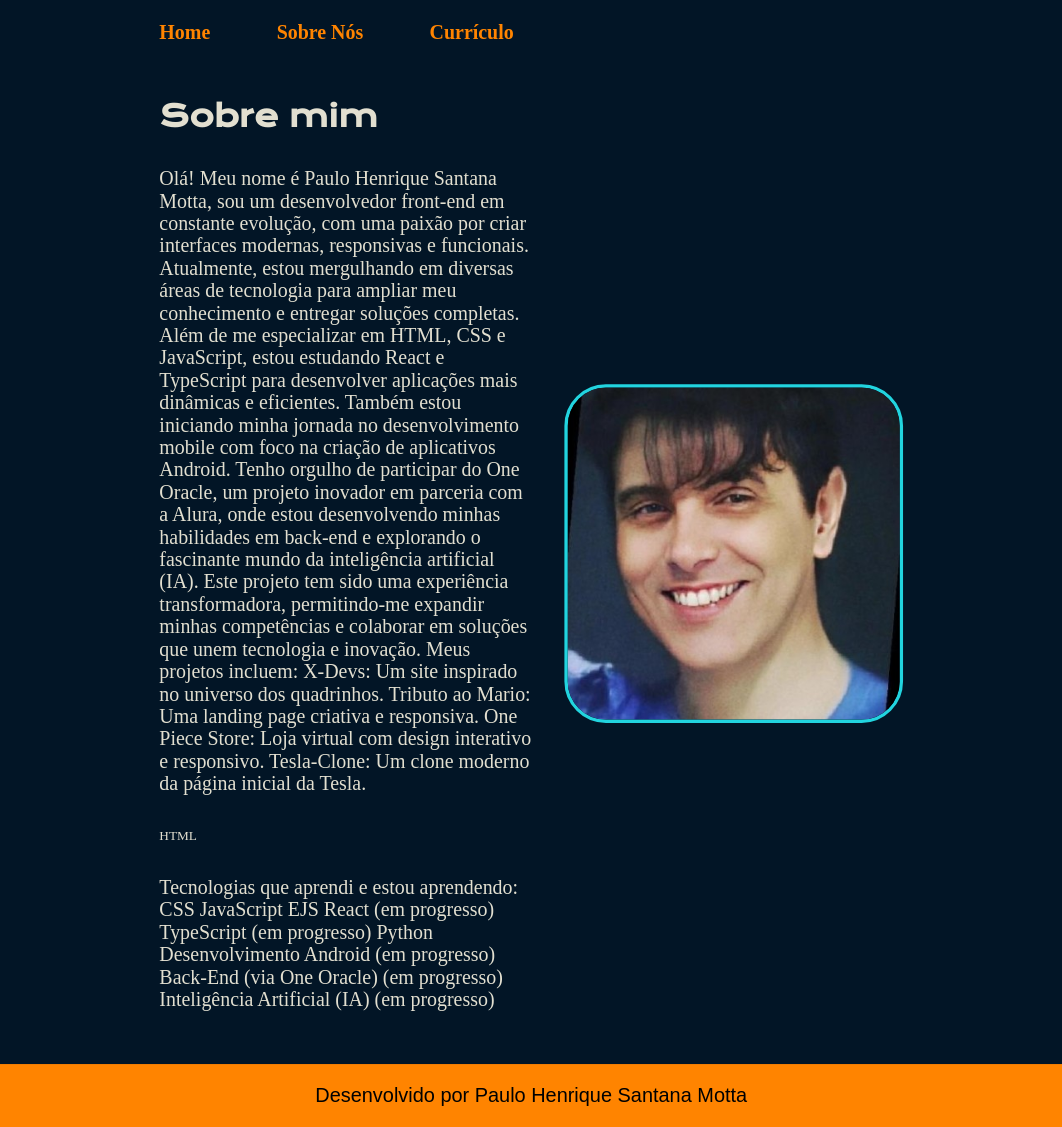
Repository: phsmottanerd/projeto-portfolio-alura
Page: about.html
An editor plug-in stored every save of this project. The page is shown before and after the next save, followed by the edit.
The browser window is 1280 px wide. The pictures show the whole page, at 83% of full size.

Above is the page before, as saved 2025-01-30 01:20:28.

After the next save:
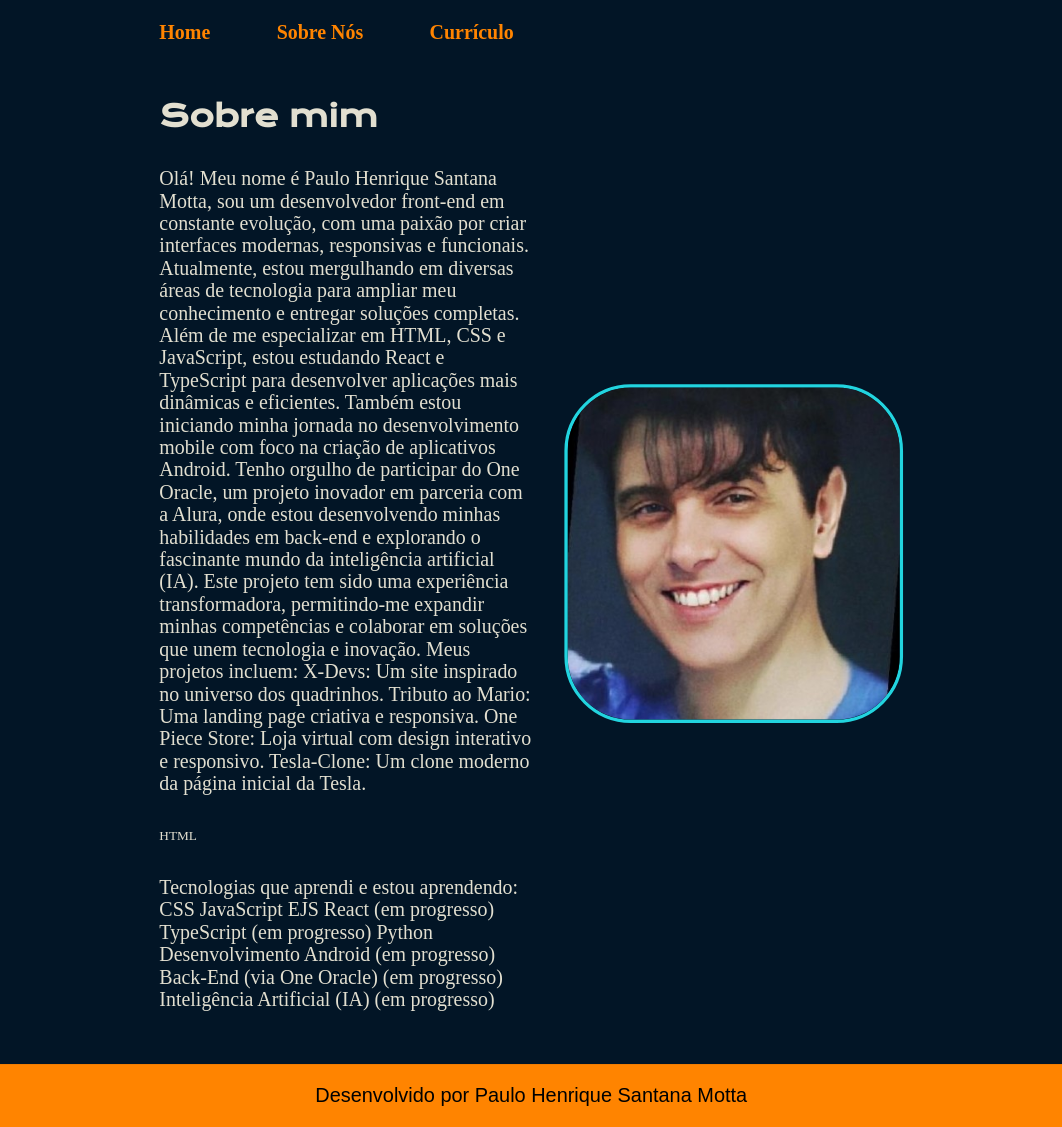
Saved 20 s later.
--- a/estilos/style.css
+++ b/estilos/style.css
@@ -110,7 +110,7 @@ body {
   font-weight: 400;
 }
 .apresentacao__imagem  {
-  border-radius: 50px;
+  border-radius: 80px;
   border: 4px solid #22d4Df;
   width: 400px;
   heighit: 400px;
